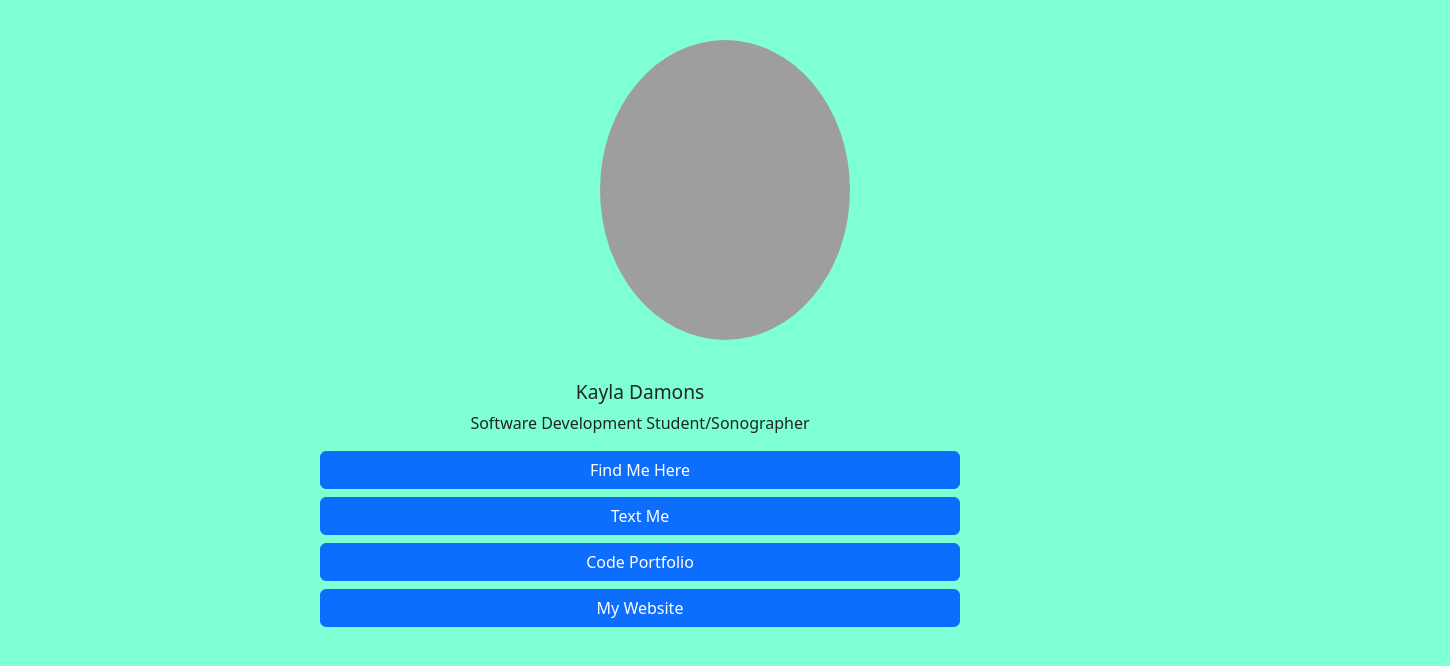
Repository: KaylaDamons/LABlinkinbio
Page: index.html
An editor plug-in stored every save of this project. The page is shown before and after the next save, followed by the edit.
The browser window is 1280 px wide. The page is 1450 px wide, so the pictures cover 1450 px, including what lies to the right of the window. The pictures show the whole page.
Pictures or frames that could not be fetched are drawn as grey boxes.

Above is the page before, as saved 2024-01-14 16:35:57.

After the next save:
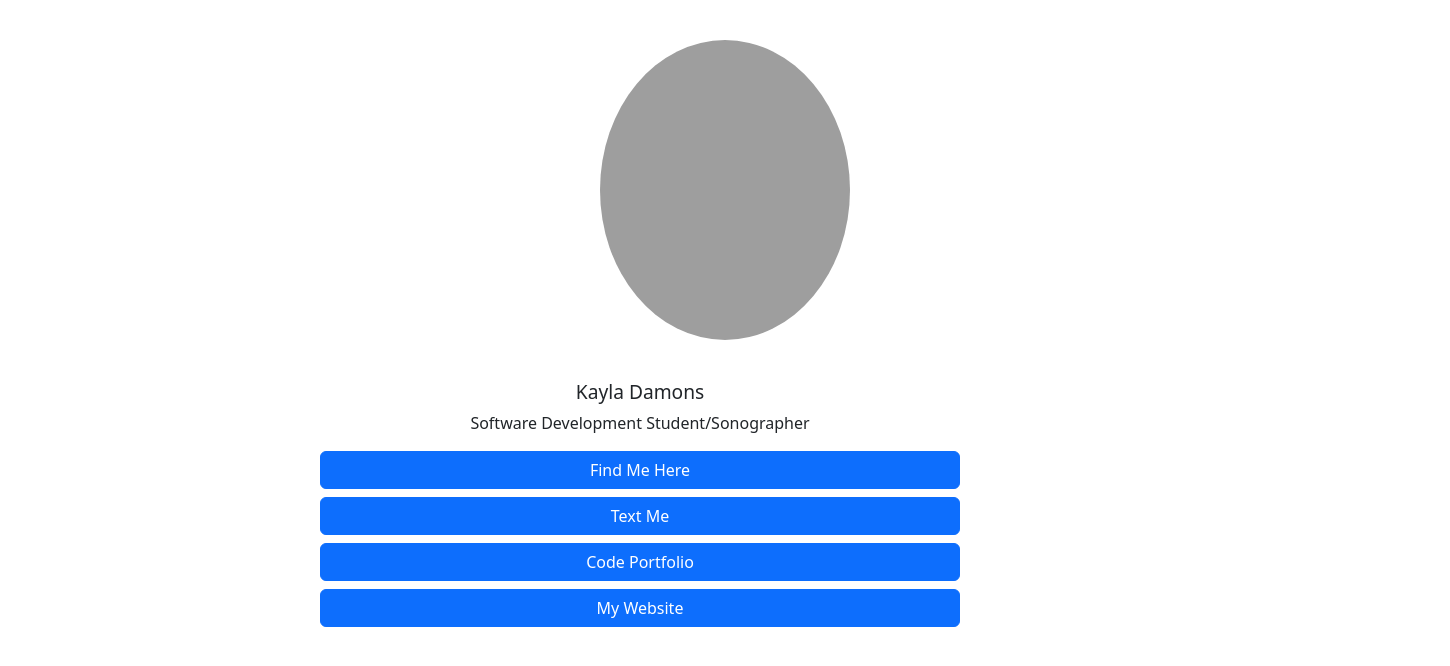
Saved 6 min 25 s later.
--- a/main.css
+++ b/main.css
@@ -1,5 +1,5 @@
 body {
-  background-color: aquamarine;
+  background-color: charcoal;
 }
 h1 {
    font-size: larger;
@@ -10,6 +10,8 @@ p {
 }
 img {
   border-radius: 50%;
+}
 
+btn-primary {
+  background-color: blueviolet;
 }
-button
